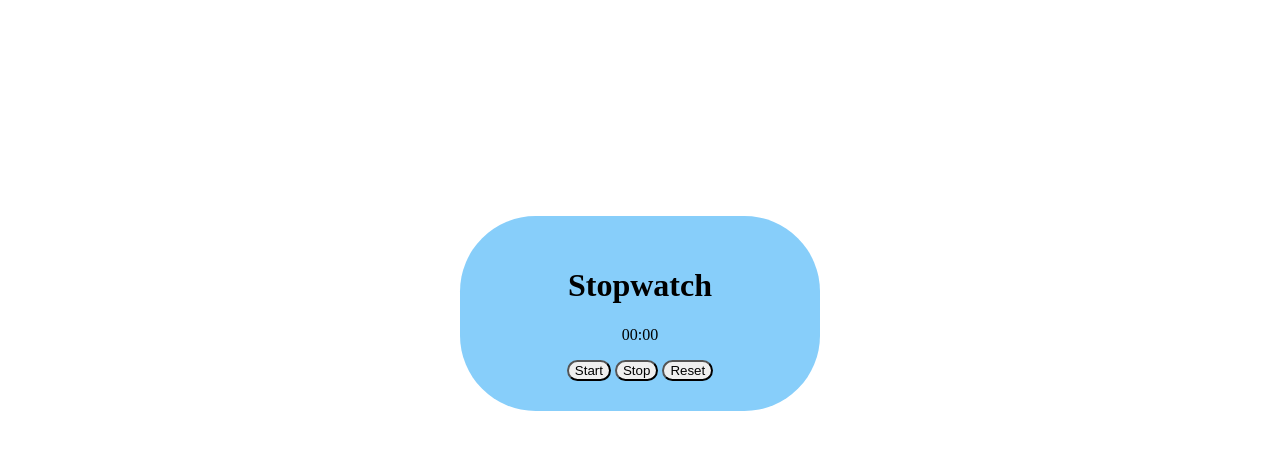
Repository: LeyaAbraham/web-dev
Page: clock.html
An editor plug-in stored every save of this project. The page is shown before and after the next save, followed by the edit.
The browser window is 1280 px wide. The pictures show the whole page.

Above is the page before, as saved 2021-01-05 23:14:47.

After the next save:
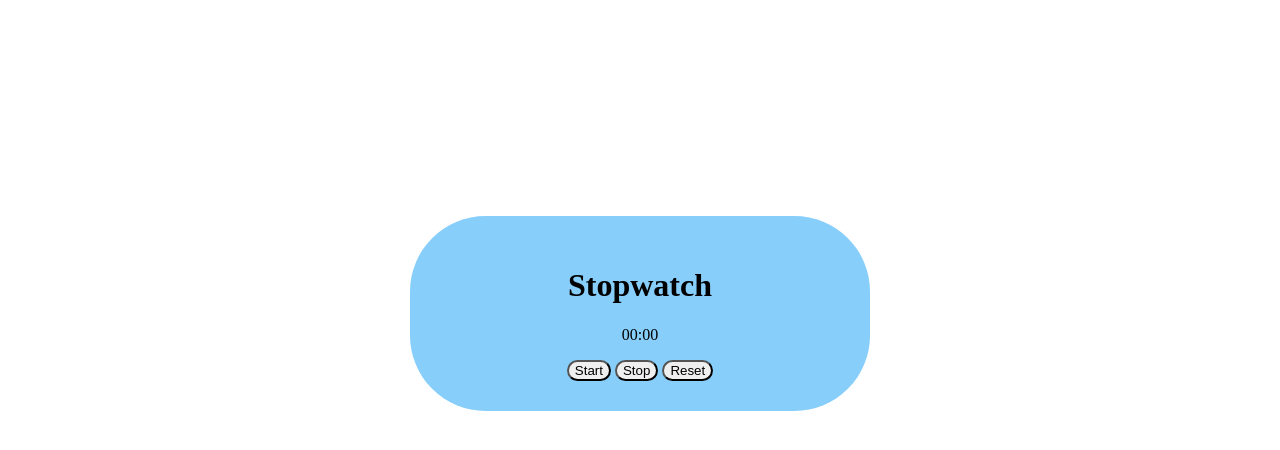
Saved 30 s later.
--- a/style.css
+++ b/style.css
@@ -5,7 +5,7 @@
     text-align: center;
     padding: 30px;
     margin: 30px;
-    width: 300px;
+    width: 400px;
     position: absolute;
 	top:30%;
 	left: 0;

After the 2 saves that followed:
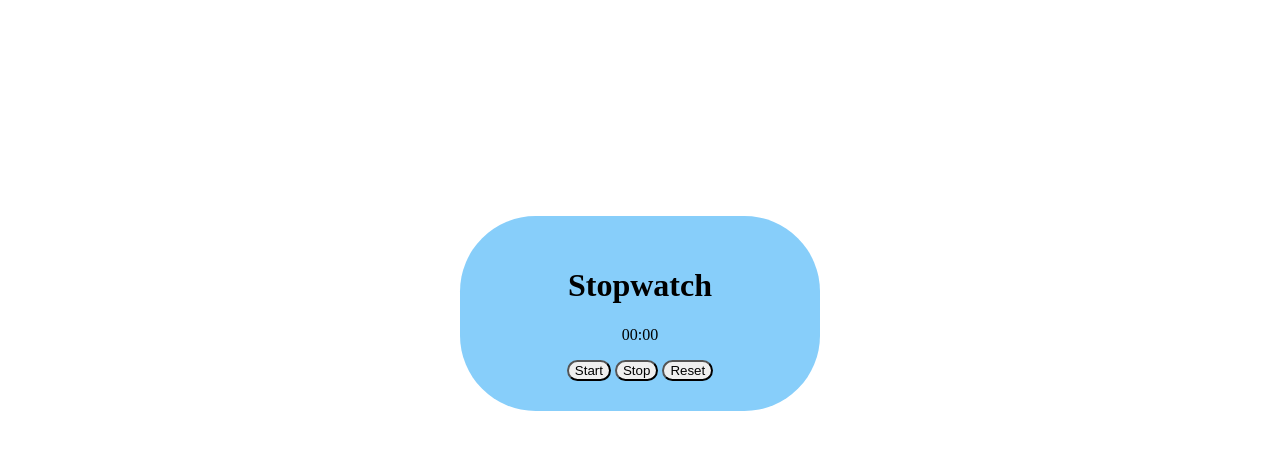
The 2 saves are shown as one change because they came seconds apart.
The last was saved 11 s later.
--- a/style.css
+++ b/style.css
@@ -5,7 +5,7 @@
     text-align: center;
     padding: 30px;
     margin: 30px;
-    width: 400px;
+    width: 300px;
     position: absolute;
 	top:30%;
 	left: 0;
